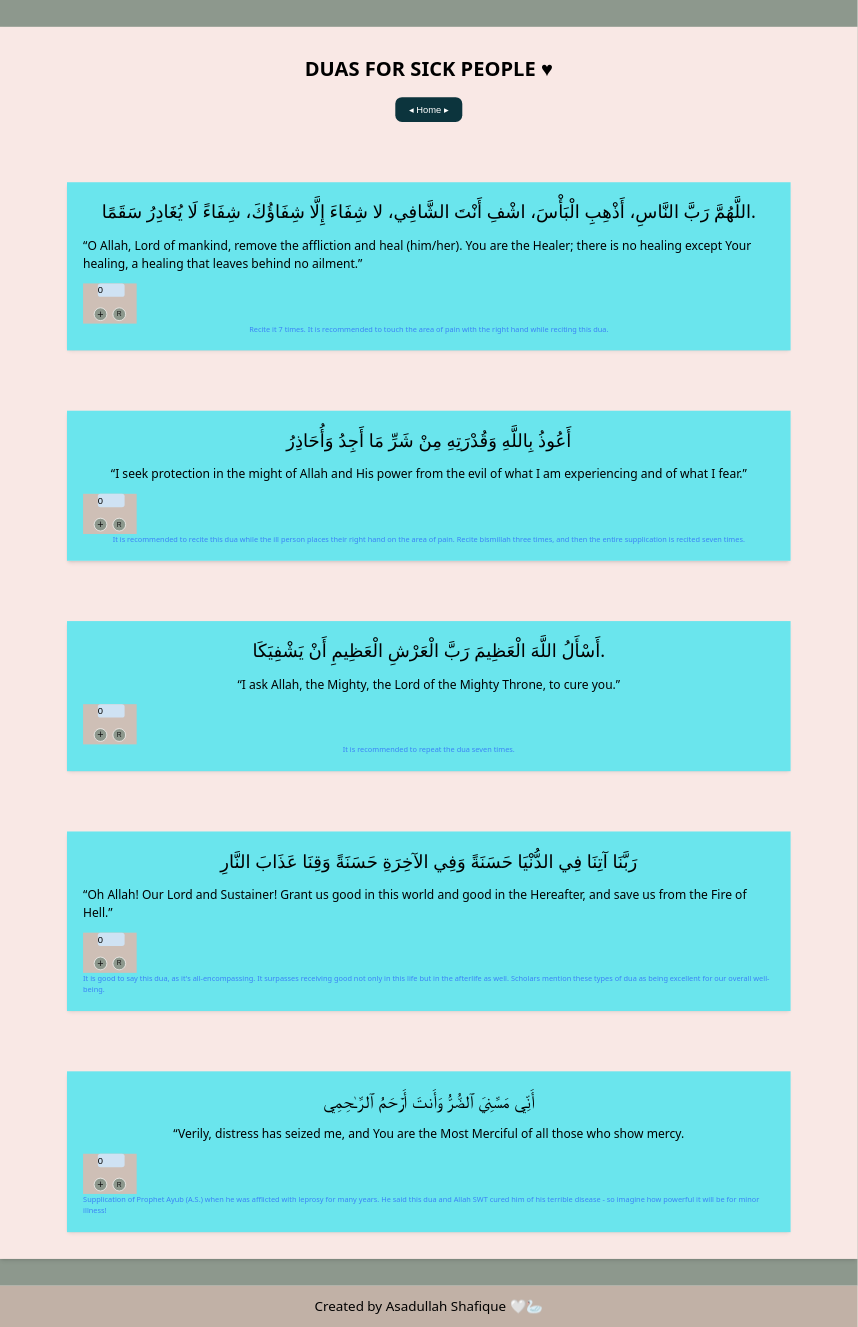
Repository: asadullah48/Duas_Diary
Page: /sick
The author's editor kept a copy of each file at every save. The page is drawn from the files as they stood at one save, then again after a run of saves.
The browser window is 1280 px wide. The pictures show the whole page, at 67% of full size.
The project was rebuilt for these pictures with package versions that can differ from the ones it lists, and the page was loaded fresh each time. The framework's server and built-in components were replaced by stand-ins that run in the browser. Also part of the build but not shown: next.config.ts.

Above is the page before, as saved 2024-11-30 10:12:54.

### src/app/layout.tsx
import type { Metadata } from "next";
import localFont from "next/font/local";
import "./globals.css";
import Footer from "../components/footer";

const geistSans = localFont({
  src: "./fonts/GeistVF.woff",
  variable: "--font-geist-sans",
  weight: "100 900",
});
const geistMono = localFont({
  src: "./fonts/GeistMonoVF.woff",
  variable: "--font-geist-mono",
  weight: "100 900",
});

export const metadata: Metadata = {
  title: "Create Next App",
  description: "Generated by create next app",
};

export default function RootLayout({
  children,
}: Readonly<{
  children: React.ReactNode;
}>) {
  return (
    <html lang="en">
      <body
        className={`${geistSans.variable} ${geistMono.variable} antialiased`}
      >
        {children}
        <Footer/>
      </body>
    </html>
  );
}

### src/app/sick/page.tsx
import Link from "next/link";
import LightPinkSection from "@/components/props";
import Button from "@/components/button";

export default function Sick() {
  return (
    <div className="w-full h-auto bg-[#8D988D] flex justify-center items-center py-10">
      <div className="w-[95%] lg:w-[1300px] h-auto bg-[#F9E8E5] p-5 lg:p-10 rounded-md shadow-md">
        <div className="font-sans font-bold text-[24px] lg:text-[30px] text-black text-center mb-5">
          DUAS FOR SICK PEOPLE ♥
        </div>
        <Link href="/">
          <button className="bg-[#0c343d] text-white text-[12px] lg:text-[14px] mt-3 mb-5 mx-auto block rounded-[10px] px-5 py-2">
            ◂ Home ▸
          </button>
        </Link>

        {/* Dua Sections */}
        <LightPinkSection
          paragraph="اللَّهُمَّ رَبَّ النَّاسِ، أَذْهِبِ الْبَأْسَ، اشْفِ أَنْتَ الشَّافِي، لا شِفَاءَ إِلَّا شِفَاؤُكَ، شِفَاءً لَا يُغَادِرُ سَقَمًا."
          paragraph2="“O Allah, Lord of mankind, remove the affliction and heal (him/her). You are the Healer; there is no healing except Your healing, a healing that leaves behind no ailment.”"
          buttonText={<Button />}
          note="Recite it 7 times. It is recommended to touch the area of pain with the right hand while reciting this dua."
        />
        <LightPinkSection
          paragraph="أَعُوذُ بِاللَّهِ وَقُدْرَتِهِ مِنْ شَرِّ مَا أَجِدُ وَأُحَاذِرُ"
          paragraph2="“I seek protection in the might of Allah and His power from the evil of what I am experiencing and of what I fear.”"
          buttonText={<Button />}
          note="It is recommended to recite this dua while the ill person places their right hand on the area of pain. Recite bismillah three times, and then the entire supplication is recited seven times."
        />
        <LightPinkSection
          paragraph="أَسْأَلُ اللَّهَ الْعَظِيمَ رَبَّ الْعَرْشِ الْعَظِيمِ أَنْ يَشْفِيَكَا."
          paragraph2="“I ask Allah, the Mighty, the Lord of the Mighty Throne, to cure you.”"
          buttonText={<Button />}
          note="It is recommended to repeat the dua seven times."
        />
        <LightPinkSection
          paragraph="رَبَّنَا آتِنَا فِي الدُّنْيَا حَسَنَةً وَفِي الآخِرَةِ حَسَنَةً وَقِنَا عَذَابَ النَّارِ"
          paragraph2="“Oh Allah! Our Lord and Sustainer! Grant us good in this world and good in the Hereafter, and save us from the Fire of Hell.”"
          buttonText={<Button />}
          note="It is good to say this dua, as it's all-encompassing. It surpasses receiving good not only in this life but in the afterlife as well. Scholars mention these types of dua as being excellent for our overall well-being."
        />
        <LightPinkSection
          paragraph="أَنِّي مَسَّنِيَ ٱلضُّرُّ وَأَنتَ أَرۡحَمُ ٱلرَّـٰحِمِي"
          paragraph2="“Verily, distress has seized me, and You are the Most Merciful of all those who show mercy."
          buttonText={<Button />}
          note="Supplication of Prophet Ayub (A.S.) when he was afflicted with leprosy for many years. He said this dua and Allah SWT cured him of his terrible disease - so imagine how powerful it will be for minor illness!"
        />
      </div>
    </div>
  );
}

### src/components/footer.tsx
// components/Footer.tsx
export default function Footer() {
    return (
      <footer className="w-full bg-[#C1B1A6] py-4">
        <div className="text-center text-black font-sans text-[16px] sm:text-[18px] lg:text-[20px]">
          Created by Asadullah Shafique 🤍🦢
        </div>
      </footer>
    );
  }

### src/components/props.tsx
import { ReactNode } from "react";

type SectionProps = {
  paragraph: string;
  buttonText: ReactNode;
  paragraph2: string;
  note: string; // Allows JSX elements, strings, or components
};

export default function LightPinkSection({
  paragraph,
  buttonText,
  paragraph2,
  note,
}: SectionProps) {
  return (
    <div className="w-[90%] bg-[#41e4f0c5] p-6 rounded-lg mx-auto shadow-md mt-[90px]">
      <p className="text-black text-[27px] font-sans mb-4 flex justify-center">
        {paragraph}
      </p>
      <p className="text-black text-[18px] font-sans mb-4 flex justify-center">
        {paragraph2}
      </p>
      <div>{buttonText}</div>
      <p className="text-blue-500 text-[11px] font-sans flex justify-center">
        {note}
      </p>
    </div>
  );
}

### src/components/button.tsx
"use client";

import { useState } from "react";

export default function Button() {
  // hook, event ke against ui ko update krna
  let [count, setcount] = useState(0); //returns array ik element hota hai jese yaha pr 0 hai  ik function aur jo function hota hai woh humari value hoti h
  console.log(count);

  const handleClick = () => {
    setcount(count + 1); //re-renders new value
  };

  const handleReset = () => {
    setcount(0); // reset back to 0
  };

  return (
    <div className="bg-[#CEBFB6] w-[80px] h-[60px] flex flex-col items-center justify-between">
      <p className="text-black w-[40px] flex text-sm bg-[#cfe2f3] rounded ml-1">
        {count}
      </p>

      <div className="flex space-x-2 mt-2">
        <button
          onClick={handleClick}
          className="bg-[#8D988D] w-[20px] h-[20px] px-1 py-1 rounded-full border mt-1 mb-1 border-white flex items-center justify-center text-center"
        >
          +
        </button>

        {/* Reset Button */}
        <button
          onClick={handleReset}
          className="bg-[#8D988D] w-[20px] h-[20px] px-1 py-1 rounded-full border mt-1 mb-1 border-white flex items-center justify-center text-[10px] text-center"
        >
          R
        </button>
      </div>
    </div>
  );
}

Loaded but not shown: src/app/globals.css (common file); tailwind.config.ts (common file)

After the next 2 saves:
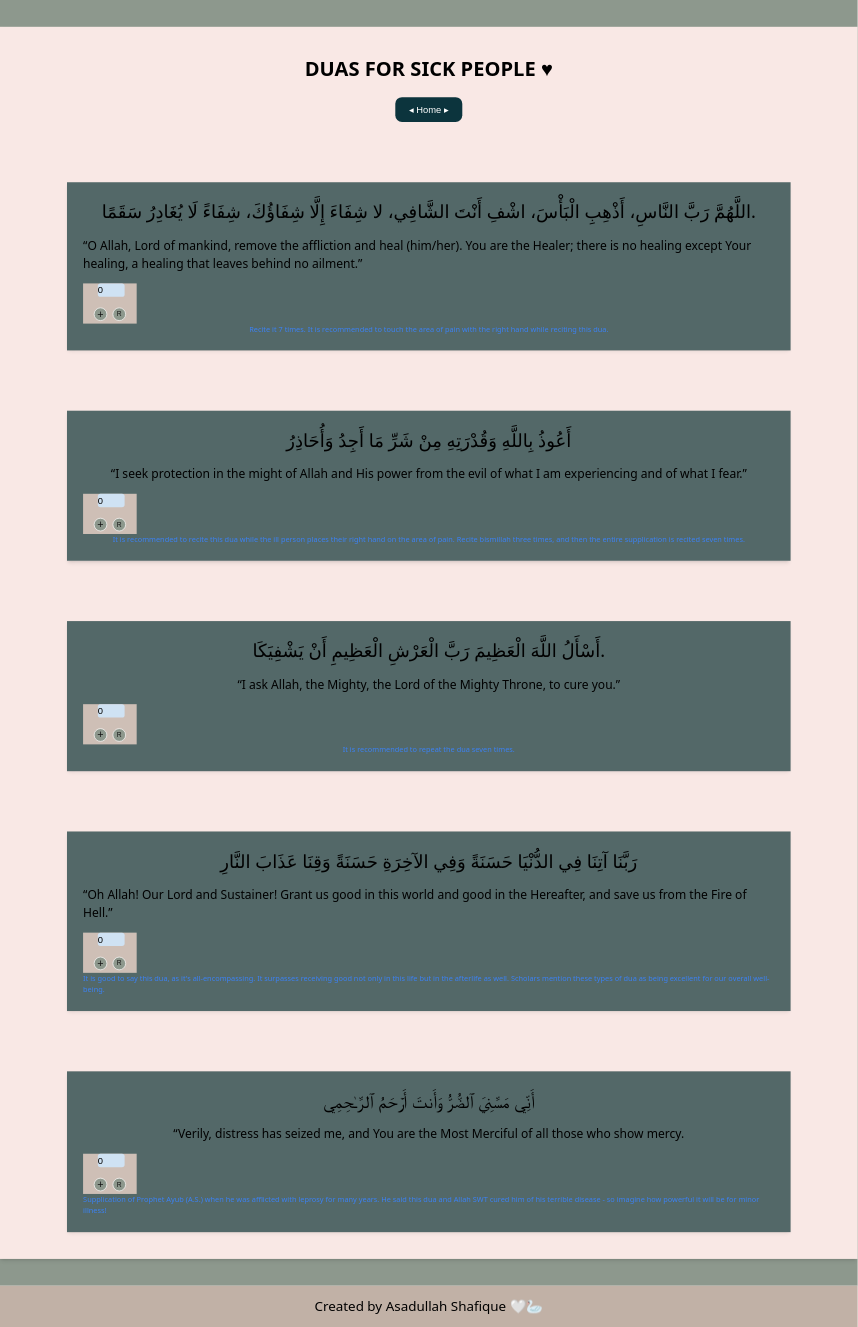
The 2 saves are shown as one change because they came seconds apart.
The last was saved 9 s later.
--- a/src/components/props.tsx
+++ b/src/components/props.tsx
@@ -14,7 +14,7 @@ export default function LightPinkSection({
   note,
 }: SectionProps) {
   return (
-    <div className="w-[90%] bg-[#41e4f0c5] p-6 rounded-lg mx-auto shadow-md mt-[90px]">
+    <div className="w-[90%] bg-[#244244c5] p-6 rounded-lg mx-auto shadow-md mt-[90px]">
       <p className="text-black text-[27px] font-sans mb-4 flex justify-center">
         {paragraph}
       </p>
